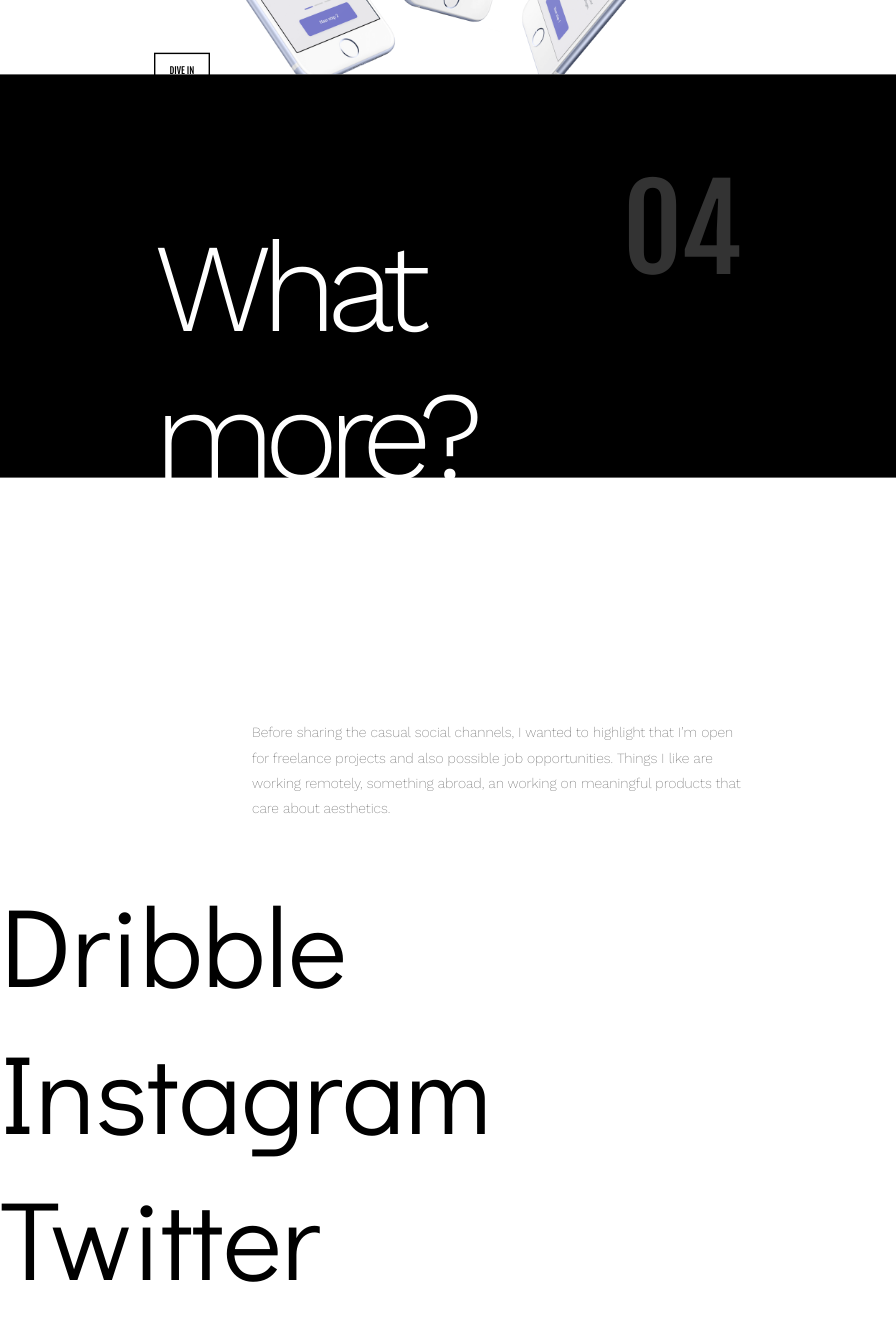
Repository: m0lt/DigitalDesigner
Page: index.html
An editor plug-in stored every save of this project. The page is shown before and after the next save, followed by the edit.
The browser window is 1280 px wide. The pictures show the part of the page from y = 3606 to 5526 px (the page is 5526 px tall), at 70% of full size.
Backgrounds fixed to the window are drawn as part of the page.

Above is the page before, as saved 2025-07-08 12:48:37.

### index.html
<!DOCTYPE html>
<html lang="en">
  <head>
    <meta charset="UTF-8" />
    <meta name="viewport" content="width=device-width, initial-scale=1.0" />
    <link rel="stylesheet" href="./assets/css/styles.css" />
    <link rel="stylesheet" href="./assets/css/styles.css" />
    <title>Project 1</title>
  </head>
  <body>
    <header></header>
    <main>
      <section id="hero">
        <p>Super Portfolio of</p>
        <h1>DIGITAL<br />DESIGNER</h1>
        <img src="./assets/img/portfolio1.jpeg" alt="Man Jumping on Rock" />
        <p>WORK</p>
      </section>
      <article id="ORBIS" class="dark content">
        <p class="Year">2019</p>
        <h2>ORBIS</h2>
        <p>Corporate Website</p>
        <div class="hoverAction">
          <button>DIVE IN</button>
          <p class="number">01</p>
        </div>
      </article>
      <article id="ROLLR" class="light content">
        <p class="Year">2019</p>
        <h2>ROLLR</h2>
        <p>Marketing Website</p>
        <div class="hoverAction">
          <button>DIVE IN</button>
          <p class="number">02</p>
        </div>
      </article>
      <article id="GALITOS" class="dark content">
        <p class="Year">2018</p>
        <h2>GALITO'S</h2>
        <p>Marketing Website</p>
        <div class="hoverAction">
          <button>DIVE IN</button>
          <p class="number">03</p>
        </div>
      </article>
      <article id="TRETTO" class="light content">
        <p class="Year">2018</p>
        <h2>TRETTO</h2>
        <p>Mobile App</p>
        <div class="hoverAction">
          <button>DIVE IN</button>
          <p class="number">04</p>
        </div>
      </article>
      <article id="more" class="content">
        <h2>What more?</h2>
        <div>
          <p>
            Before sharing the casual social channels, I wanted to highlight that I’m open for freelance projects and
            also possible job opportunities. Things I like are working remotely, something abroad, an working on
            meaningful products that care about aesthetics.
          </p>
          <a href="#hero">super@super.de</a>
        </div>
      </article>
    </main>
    <footer>
      <a href="">Dribble</a>
      <br />
      <a href="">Instagram</a>
      <br />
      <a href="">Twitter</a>
    </footer>
  </body>
</html>

### assets/css/styles.css
* {
  box-sizing: border-box;
  margin: 0;
  padding: 0;
}

:root {
  --void: #000;
  --bright: #fff;
  --dark: #333;
  --mid: #666;
  --light: #9e9e9e;
  --font-size: 16px;
}

@font-face {
  font-family: "Didact Gothic";
  src: url(../font/Didact_Gothic/DidactGothic-Regular.ttf);
}
@font-face {
  font-family: "Fjalla One";
  src: url(../font/Fjalla_One/FjallaOne-Regular.ttf);
}
@font-face {
  font-family: "Work Sans";
  src: url(../font/Work_Sans/WorkSans-VariableFont_wght.ttf);
}

html {
}

h1 {
  font-family: "Didact Gothic";
  font-size: 100px;
  font-weight: 100px;
  letter-spacing: -2px;
  margin: 30px;
}

h2 {
  font-family: "Didact Gothic";
  font-size: 112px;
  padding: 50px 0 50px 0;
}

.content {
  margin: 0 auto;
  padding: 150px 220px;
  height: 80vh;
  background-repeat: no-repeat;
  background-attachment: fixed;
  background-size: cover;
}

.content p {
  font-family: "Work Sans";
  font-size: 20px;
}

.content a {
  font-family: "Work Sans";
  font-size: 20px;
}
.content a:hover {
  cursor: pointer;
}

/* Strich vor der Jahreszahl */
.Year::before {
  content: "";
  display: inline-block;
  width: 17px;
  height: 2px;
  margin-right: 8px;
  vertical-align: middle;
}

button {
  border-width: 2px;
  border-style: solid;
  padding: 15px 20px;
  margin: 100px 0;
  background-color: transparent;
  font-family: "Fjalla One";
}

button:hover {
  cursor: pointer;
}

p.number {
  font-size: 165px;
  opacity: 50%;
  font-family: "Fjalla One";
  text-align: end;
}

/* !=============Color Scheme: Dark=============== */
.dark p {
  color: var(--light);
}
.dark h2 {
  color: var(--bright);
}
.dark button {
  border-color: var(--light);
  color: var(--bright);
}
.dark button:hover {
  border-color: var(--light);
  background-color: var(--bright);
  color: var(--void);
}

.dark button:hover + .number {
  color: var(--bright);
  opacity: 100%;
}

.dark .Year::before {
  background-color: var(--light);
}

/* !=============Color Scheme: Light=============== */

.light p {
  color: var(--mid);
}
.light h2 {
  color: var(--void);
}
.light button {
  border-color: var(--void);
  color: var(--void);
}

.light button:hover {
  border-color: var(--light);
  background-color: var(--void);
  color: var(--bright);
}
.light button:hover + .number {
  color: var(--void);
  opacity: 100%;
}
.light .Year::before {
  background-color: var(--mid);
}

/* #==============Sections=============== */

#hero {
  text-align: center;
  margin: 20px;
}
#hero p {
  font-family: "Work Sans";
}
#hero p:nth-of-type(1) {
  font-size: 20px;
}
#hero p:nth-of-type(2) {
  margin: 50px;
  font-size: 160px;
}

/* Dark */
#ORBIS {
  background-image: url("../img/portfolio2.jpg");
}

/* article#ROLLR:has(button:hover) .number {
  color: var(--bright);

} */
/* Light */
#ROLLR {
  background-image: url("../img/portfolio3.png");
}
/* Dark */
#GALITOS {
  background-image: url("../img/portfolio4.jpg");
}
/* Light */
#TRETTO {
  background-image: url("../img/portfolio5.png");
}

#more {
  background-color: var(--void);
}

#more h2 {
  font-size: 180px;
  font-family: "Work Sans";
  font-weight: 300;
  letter-spacing: -15px;
  color: var(--bright);
}

#more div {
  margin-top: 250px;
  width: 700px;
  float: right;
}
#more p {
  color: var(--mid);
  font-weight: 200;
  line-height: 180%;
}
#more a {
  padding-top: 30px;
  font-size: 60px;
  font-weight: 300;
  color: var(--bright);
  letter-spacing: -5px;
  text-decoration: none;
}
#more a:hover {
  text-decoration: underline;
}
footer a {
  text-align: center;
  font-size: 160px;
  font-family: "Didact Gothic";
  font-weight: 200;
  color: var(--void);
  padding: 50px 0;
  text-decoration: none;
}

footer a:hover {
  cursor: pointer;
  text-decoration: underline;
}

After the next save:
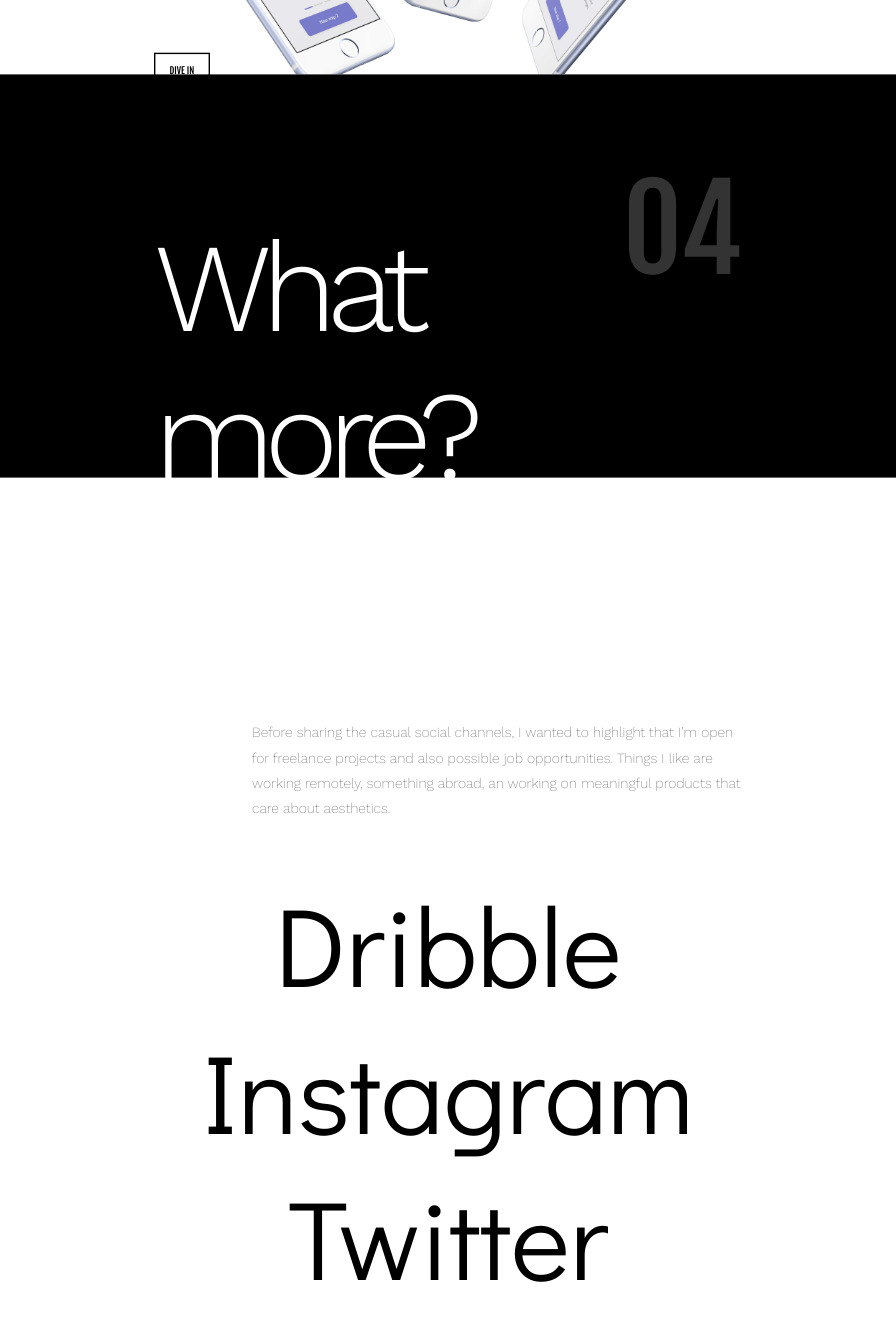
Saved 14 s later.
--- a/assets/css/styles.css
+++ b/assets/css/styles.css
@@ -219,8 +219,11 @@
 #more a:hover {
   text-decoration: underline;
 }
+
+footer {
+  text-align: center;
+}
 footer a {
-  text-align: center;
   font-size: 160px;
   font-family: "Didact Gothic";
   font-weight: 200;
